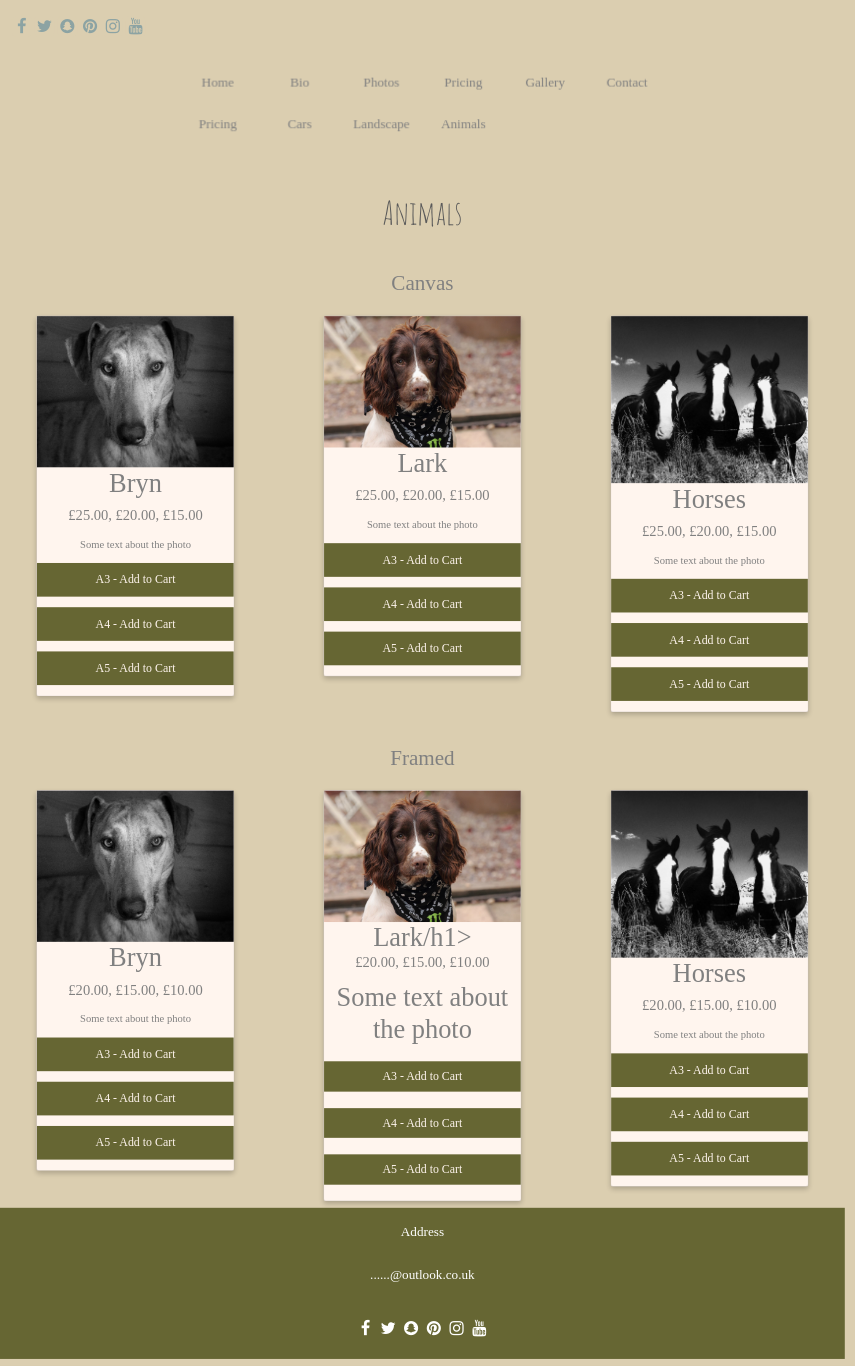
Repository: elizabeth24602/LoaderMedia
Page: animals.html
The author's editor kept a record of every edit. The page is drawn from the files as they stood at one moment, then again after the next edit.
The browser window is 1280 px wide. The page is 1296 px wide, so the pictures cover 1296 px, including what lies to the right of the window. The pictures show the whole page, at 66% of full size.
Some web fonts or font styles are not loaded; a fallback is used.

Above is the page before.
Console error: TypeError: Cannot read properties of null (reading 'textContent')
Not found: Assests/images/

### animals.html
<!DOCTYPE html>
<html lang="en">
<head>
    <meta charset="UTF-8">
    <meta name="viewport" content="width=device-width, initial-scale=1.0">
    <meta http-equiv="X-UA-Compatible" content="ie=edge">

    <link rel="stylesheet" href="static/css/bootstrap.min.css" type="text/css" />
    <link rel="stylesheet" href="static/css/dc.min.css" type="text/css" />



    <link rel="stylesheet" href="https://stackpath.bootstrapcdn.com/bootstrap/4.3.1/css/bootstrap.min.css" type="text/css" />
    <link rel="stylesheet" href="https://stackpath.bootstrapcdn.com/font-awesome/4.7.0/css/font-awesome.min.css" type="text/css" />
    <link href="https://fonts.googleapis.com/css?family=Lacquer&display=swap" rel="stylesheet">
    <link href="https://fonts.googleapis.com/css?family=Beth+Ellen&display=swap" rel="stylesheet">
    <link rel="stylesheet" href="https://cdnjs.cloudflare.com/ajax/libs/hover.css/2.3.1/css/hover-min.css" type="text/css" />
    <link rel="stylesheet" href="Assests/images/" type="text/css" />
    <link rel="stylesheet" href="Assests/css/style.css" type="text/css" />

    <title>Loader Media</title>

     <script type="text/javascript" src="static/js/d3.min.js"></script>
    <script type="text/javascript" src="static/js/crossfilter.min.js"></script>
    <script type="text/javascript" src="static/js/dc.min.js"></script>
    <script type="text/javascript" src="static/js/queue.min.js"></script>
    <script type="text/javascript" src="static/js/graph.js"></script>

</head>
<body>
     <header class="container-fluid">
        <div id="social-links" class="row">
        <div class="col-sm-4">
                <ul class="list-inline social-links">
                    <li class="list-inline-item">
                        <a target="_blank" href="#">
                            <i class="fa fa-facebook" aria-hidden="true"></i>
                            <span class="sr-only">Facebook</span>
                        </a>
                    </li>
                    <li class="list-inline-item">
                        <a target="_blank" href="#">
                            <i class="fa fa-twitter" aria-hidden="true"></i>
                            <span class="sr-only">Twitter</span>
                        </a>
                    </li>
                    <li class="list-inline-item">
                        <a target="_blank" href="#">
                            <i class="fa fa-snapchat" aria-hidden="true"></i>
                            <span class="sr-only">Snapchat</span>
                        </a>
                    </li>
                    <li class="list-inline-item">
                        <a target="_blank" href="#">
                            <i class="fa fa-pinterest" aria-hidden="true"></i>
                            <span class="sr-only">Pinterest</span>
                        </a>
                    </li>
                    <li class="list-inline-item">
                        <a target="_blank" href="#">
                            <i class="fa fa-instagram" aria-hidden="true"></i>
                            <span class="sr-only">Instagram</span>
                        </a>
                    </li>
                    <li class="list-inline-item">
                        <a target="_blank" href="#">
                            <i class="fa fa-youtube" aria-hidden="true"></i>
                            <span class="sr-only">YouTube</span>
                        </a>
                    </li>
                </ul>
            </div>
        </div>
         <div class="row no-gutters">
            <div class="col">
                <ul id="nav" class="list-inline menucontainer">
                    <li class="col-4 col-sm-2 ui-menu-color-home list-inline-item menuitem">
                        <a href="index.html" class="hvr-underline-from-center"><span>Home</span></a>
                    </li>
                    <li class="col-4 col-sm-2 ui-menu-color-bio list-inline-item menuitem">
                        <a href="bio.html" class="hvr-underline-from-center"><span>Bio</span></a>
                    </li>
                     <li class="col-4 col-sm-2 ui-menu-color-photos list-inline-item menuitem">
                        <a href="photos.html" class="hvr-underline-from-center"><span>Photos</span></a>
                    </li>
                    <li class="col-4 col-sm-2 ui-menu-color-pricing list-inline-item menuitem">
                        <a href="pricing.html" class="hvr-underline-from-center"><span>Pricing</span></a>
                    </li>
                    <li class="col-4 col-sm-2 ui-menu-color-gallery list-inline-item menuitem">
                        <a href="gallery.html" class="hvr-underline-from-center"><span>Gallery</span></a>
                    </li>
                    <li class="col-4 col-sm-2 ui-menu-color-contact list-inline-item menuitem">
                        <a href="contact.html" class="hvr-underline-from-center"><span>Contact</span></a>
                    </li>
                </ul>
            </div>
        </div>

         <div class="row no-gutters">
            <div class="col-sm-12">
                <ul id="nav" class="list-inline menucontainer">
                    <li class="col-4 col-sm-2 ui-menu-color-pricing list-inline-item menuitem">
                        <a href="pricing.html" class="hvr-underline-from-center"><span>Pricing</span></span></a>
                    </li>
                    <li class="col-4 col-sm-2 ui-menu-color-cars list-inline-item menuitem">
                        <a href="cars.html" class="hvr-underline-from-center"><span>Cars</span></a>
                    </li>
                     <li class="col-4 col-sm-2 ui-menu-color-landscape list-inline-item menuitem">
                        <a href="landscape.html.html" class="hvr-underline-from-center"><span>Landscape</span></a>
                    </li>
                    <li class="col-4 col-sm-2 ui-menu-color-animals list-inline-item menuitem">
                        <a href="animals.html" class="hvr-underline-from-center"><span>Animals</span></a>
                    </li>
                </ul>
            </div>
        </div>

        <div class="row no-gutters">
            <div class="col headings">
                <h3 class="name3">Animals</h3>
            </div>
        </div>
    </header>

    <section>

    <div class="row">
        <div class="col-sm-12">
            <h2 class="canvas">Canvas</h2>
        </div>
    </div>

    <div class="row">
    <div class="col-sm-4">
        <div class="card">
          <img src="Assests/images/bryn.jpg" alt="bryn" style="width:100%">
          <h1>Bryn</h1>
              <p class="price">£25.00, £20.00, £15.00</p>
              <p>Some text about the photo</p>
              <p><button>A3 - Add to Cart</button></p>
              <p><button>A4 - Add to Cart</button></p>
              <p><button>A5 - Add to Cart</button></p>
        </div>
    </div>

    <div class="col-sm-4">
        <div class="card">
          <img src="Assests/images/lark.jpg" alt="lark" style="width:100%">
          <h1>Lark</h1>
              <p class="price">£25.00, £20.00, £15.00</p>
              <p>Some text about the photo</p>
              <p><button>A3 - Add to Cart</button></p>
              <p><button>A4 - Add to Cart</button></p>
              <p><button>A5 - Add to Cart</button></p>
        </div>
    </div>

    <div class="col-sm-4">
        <div class="card">
          <img src="Assests/images/horses.jpg" alt="horses" style="width:100%">
          <h1>Horses</h1>
              <p class="price">£25.00, £20.00, £15.00</p>
              <p>Some text about the photo</p>
              <p><button>A3 - Add to Cart</button></p>
              <p><button>A4 - Add to Cart</button></p>
              <p><button>A5 - Add to Cart</button></p>
        </div>
    </div>
</div>

    <div class="row">
        <div class="col-sm-12">
            <h2 class="canvas">Framed</h2>
        </div>
    </div>

    <div class="row">
    <div class="col-sm-4">
        <div class="card">
          <img src="Assests/images/bryn.jpg" alt="bryn" style="width:100%">
          <h1>Bryn</h1>
              <p class="price">£20.00, £15.00, £10.00</p>
              <p>Some text about the photo</p>
              <p><button>A3 - Add to Cart</button></p>
              <p><button>A4 - Add to Cart</button></p>
              <p><button>A5 - Add to Cart</button></p>
        </div>
    </div>

    <div class="col-sm-4">
        <div class="card">
          <img src="Assests/images/lark.jpg" alt="lark" style="width:100%">
          <h1>Lark/h1>
              <p class="price">£20.00, £15.00, £10.00</p>
              <p>Some text about the photo</p>
              <p><button>A3 - Add to Cart</button></p>
              <p><button>A4 - Add to Cart</button></p>
              <p><button>A5 - Add to Cart</button></p>
        </div>
    </div>

    <div class="col-sm-4">
        <div class="card">
          <img src="Assests/images/horses.jpg" alt="horses" style="width:100%">
          <h1>Horses</h1>
              <p class="price">£20.00, £15.00, £10.00</p>
              <p>Some text about the photo</p>
              <p><button>A3 - Add to Cart</button></p>
              <p><button>A4 - Add to Cart</button></p>
              <p><button>A5 - Add to Cart</button></p>
        </div>
    </div>
</div>



    </section>

    <footer class="container-fluid bottom">
    <div id="footer-details" class="row">
        <div class="col-sm-12">
            <p class="address">Address</p>
        </div>
    </div>
        <div class="row">
            <div class="col-sm-12">
                <p class="email">......@outlook.co.uk</p>
            </div>
        </div>
        <div class="row">
            <div class="col-sm-12">
                        <ul class="list-inline social-links2 container-fluid">
                    <li class="list-inline-item">
                        <a target="_blank" href="#">
                            <i class="fa fa-facebook" aria-hidden="true"></i>
                            <span class="sr-only">Facebook</span>
                        </a>
                    </li>
                    <li class="list-inline-item">
                        <a target="_blank" href="#">
                            <i class="fa fa-twitter" aria-hidden="true"></i>
                            <span class="sr-only">Twitter</span>
                        </a>
                    </li>
                    <li class="list-inline-item">
                        <a target="_blank" href="#">
                            <i class="fa fa-snapchat" aria-hidden="true"></i>
                            <span class="sr-only">Snapchat</span>
                        </a>
                    </li>
                    <li class="list-inline-item">
                        <a target="_blank" href="#">
                            <i class="fa fa-pinterest" aria-hidden="true"></i>
                            <span class="sr-only">Pinterest</span>
                        </a>
                    </li>
                    <li class="list-inline-item">
                        <a target="_blank" href="#">
                            <i class="fa fa-instagram" aria-hidden="true"></i>
                            <span class="sr-only">Instagram</span>
                        </a>
                    </li>
                    <li class="list-inline-item">
                        <a target="_blank" href="#">
                            <i class="fa fa-youtube" aria-hidden="true"></i>
                            <span class="sr-only">YouTube</span>
                        </a>
                    </li>
                </ul>
            </div>
        </div>
    </footer>

</body>
</html>

### Assests/css/style.css
@import url('https://fonts.googleapis.com/css?family=Lacquer:100,200,300,400,500,600,700|Beth+Ellen:100,200,300,400,500,600,700|Pacifico:100,200,300,400,500,600,700|Amatic+SC:100,200,300,400,500,600,700');

/*-------------------------------Website Name */

.name {
    font-family: "Beth+Ellen";
     font-weight: 100;
    font-size: 80px;
    margin-top: 70px;
    text-align: center;
    color: #ffffff;
}

.name3 {
    font-family: "Amatic SC";
     font-weight: 60;
    font-size: 50px;
    margin-top: 70px;
    text-align: center;
    color: #595959;
}

/*-------------------------------Background */

body {
  background-color: #dbceb0;
}

/*-------------------------------Social */

.social-links {
    padding-top: 15px;
    padding-bottom: 15px;
}

.social-links li a i {
    width: 30px;
    height: 30px;
    padding: 12px 0;
    border-radius: 20%;
    font-size: 25px;
    line-height: 7px;
    text-align: center;
    color: #8ca3a3;
    background: #dbceb0;
    transition: all 0.35s ease-in-out;
    -moz-transition: all 0.35s ease-in-out;
    -webkit-transition: all 0.35s ease-in-out;
    -o-transition: all 0.35s ease-in-out;
}

/*-------------------------------menu */


.list-inline-item:not(:last-child) {
    margin: 0;
}

.menucontainer {
    font-size: 0;
    margin: auto;
    width: 60%;
    padding: 10px;
}

#nav li {
    font-size: 20px;
    font-family: 'Beth+Ellen';
    padding: 0;
}

.menuitem {
    text-align: center;
    padding: 0;
}

.body {
    text-align: center;
}


.menuitem2 a {
    width: 100%;
    text-decoration: none;
    color: #ffffff;
}

.menuitem a {
    width: 100%;
    text-decoration: none;
    color: #808080;
}

.hvr-underline-from-center:before {
    background-color: #ffffff;
    color: #d3d3d3;
}


.a:hover {
    text-decoration: none;
}

/*-------------------------------Footer */


.bottom {
    background-color: #666633;
    color: #ffffff;
    left: 0;
    bottom: 0;
    width: 100%;
    text-align: center;
}


.address {
    color: #ffffff;
    text-align: center;
    font-family: "Beth+Ellen";
    padding-top: 20px;
    font-size: 20px;
}
.email {
    color: #ffffff;
    text-align: center;
    font-family: "Beth+Ellen";
    padding: 10px;
    font-size: 20px;
}

.social-links2 {
    padding-top: 15px;
    padding-bottom: 15px;
    text-align: center;
}

.social-links2 li a i {
    width: 30px;
    height: 30px;
    padding: 12px 0;
    border-radius: 20%;
    font-size: 25px;
    line-height: 7px;
    text-align: center;
    color: #ffffff;
    transition: all 0.35s ease-in-out;
    -moz-transition: all 0.35s ease-in-out;
    -webkit-transition: all 0.35s ease-in-out;
    -o-transition: all 0.35s ease-in-out;
}

/*-------------------------------Home */

.index {
  background-image: url("../images/bryn.jpg");
  background-color: #fff5ee;
  height: 500px;
  background-position: cover;
  background-repeat: no-repeat;
  background-size: cover;
  text-align: center;
  background-attachment: scroll;
  min-height: 100%;
  min-width: 1024px;

  /* Set up proportionate scaling */
  width: 100%;
  height: auto;

  /* Set up positioning */
  position: fixed;
  top: 0;
  left: 0;
}

body {
  font-family: "Beth+Ellen", sans-serif;
}

.sidebar {
  height: 100%;
  width: 0;
  position: fixed;
  z-index: 1;
  top: 0;
  left: 0;
  background-color: #666633;
  overflow-x: hidden;
  transition: 0.5s;
  padding-top: 60px;
}

.sidebar a {
  padding: 8px 8px 8px 32px;
  text-decoration: none;
  font-size: 30px;
  font-family: "Amatic SC";
  color: #ffffff;
  display: block;
  transition: 0.3s;
}

.sidebar a:hover {
  color: #f1f1f1;
}

.sidebar .closebtn {
  position: relative;
  top: 0;
  right: 25px;
  font-size: 36px;
  margin-left: 50px;
}

.openbtn {
  font-size: 20px;
  cursor: pointer;
  background-color: #111;
  color: white;
  padding: 10px 15px;
  border: none;
}

.openbtn:hover {
  background-color: #444;
}

#main {
  transition: margin-left .5s;
  padding: 16px;
}

/* On smaller screens, where height is less than 450px, change the style of the sidenav (less padding and a smaller font size) */
@media screen and (max-height: 450px) {
  .sidebar {padding-top: 15px;}
  .sidebar a {font-size: 18px;}
}


/*-------------------------------Bio */

.silhouette {
  display: block;
  margin-left: auto;
  margin-right: auto;
  width: 80%;
  margin-top: 20px;
  margin-bottom: 20px;
}

.bio {
  font-family: "Beth+Ellen";
  text-align: center;
  margin-bottom: 20px;
}

.camera2 {
  display: block;
  margin-left: 10px;
  margin-right: 10px;
  width: 100%;
  margin-top: 20px;
  margin-bottom: 20px;
}

* {
  box-sizing: border-box;
}

.portfolio {
  font-family: "Beth+Ellen"
}

.main {
  max-width: 1000px;
  margin: auto;
}

.row {
  margin: 10px -16px;
}

.row,
.row > .column {
  padding: 8px;
}

.column {
  float: left;
  width: 33.33%;
}

.row:after {
  content: "";
  display: table;
  clear: both;
}

.content {
  background-color: #dbceb0;
  padding: 10px;
  font-family: "Beth+Ellen";
  text-align: center;
}

.show {
  display: block;
}

.btn {
  border: none;
  outline: none;
  padding: 12px 16px;
  background-color: #666633;
  color: #ffffff;
  font-family: "Beth+Ellen";
  cursor: pointer;
}

.btn:hover {
  background-color: #ddd;
}

.btn.active {
  background-color: #fff5ee;
  color: #808080;
}

/*-----------------------------Photos (Used W3 Schools to help with code, made my own modifications and altered coding)*/

.accordion {
  background-color: #666633;
  color: #ffffff;
  font-family: "Beth+Ellen";
  text-align: center;
  cursor: pointer;
  padding: 18px;
  margin: 20px;
  width: 100%;
  border: none;
  outline: none;
  font-size: 30px;
  transition: 0.4s;
}

.active, .accordion:hover {
  background-color: #fff5ee;
   color: #808080;
}

.panel {
  padding: 0 18px;
  display: none;
  background-color: #dbceb0;
  overflow: hidden;
  font-family: "Beth+Ellen";
  color: #808080;
  text-align: left;
  width: 50%
  font-size: 20px;
}

.row > .column {
  padding: 0 8px;
}

.row:after {
  content: "";
  display: table;
  clear: both;
}

.column {
  float: left;
  width: 25%;
}

.modal {
  display: none;
  position: fixed;
  z-index: 1;
  padding-top: 100px;
  left: 0;
  top: 0;
  width: 100%;
  height: 100%;
  overflow: auto;
  background-color: #666633;
}

.modal-content {
  position: relative;
  background-color: #fff5ee;
  margin: auto;
  padding: 0;
  width: 90%;
  max-width: 1200px;
}

.close {
  color: white;
  position: absolute;
  top: 10px;
  right: 25px;
  font-size: 35px;
  font-weight: bold;
}

.close:hover,
.close:focus {
  color: #999;
  text-decoration: none;
  cursor: pointer;
}

.mySlides {
  display: none;
}

.prev,
.next {
  cursor: pointer;
  position: absolute;
  top: 50%;
  width: auto;
  padding: 16px;
  margin-top: -50px;
  color: white;
  font-weight: bold;
  font-size: 20px;
  transition: 0.6s ease;
  border-radius: 0 3px 3px 0;
  user-select: none;
  -webkit-user-select: none;
}

.next {
  right: 0;
  border-radius: 3px 0 0 3px;
}

.prev:hover,
.next:hover {
  background-color: #fff5ee;
}

.numbertext {
  color: #000000;
  font-size: 12px;
  padding: 8px 12px;
  position: absolute;
  top: 0;
}

.caption-container {
  text-align: center;
  font-family: "Beth+Ellen"
  padding: 2px 16px;
  color: #808080;
}

img.demo {
  opacity: 0.6;
}

.active,
.demo:hover {
  opacity: 1;
}

img.hover-shadow {
  transition: 0.3s;
}

.hover-shadow:hover {
  box-shadow: 0 4px 8px 0 rgba(0, 0, 0, 0.2), 0 6px 20px 0 rgba(0, 0, 0, 0.19);
}


/*-------------------------------Pricing */

/*-------------------------------Cars, Landscape, Anoimals */
.canvas {
  color: #808080;
  font-family: "Beth+Ellen";
  text-align: center;
  margin-bottom: 20px;
  margin-top: 40px;
}
.card {
  box-shadow: 0 4px 8px 0 rgba(0, 0, 0, 0.2);
  max-width: 300px;
  margin: auto;
  text-align: center;
  font-family: "Beth+Ellen";
  color: #808080;
  background-color: #fff5ee;
}

.price {
  color: grey;
  font-size: 22px;
}

.card button {
  border: none;
  outline: 0;
  padding: 12px;
  color: #fff5ee;
  background-color: #666633;
  text-align: center;
  cursor: pointer;
  width: 100%;
  font-size: 18px;
}

.card button:hover {
  opacity: 0.7;
}

/*-------------------------------Gallery */
.row {
  display: flex;
  flex-wrap: wrap;
  padding: 0 4px;
}

/* Create four equal columns that sits next to each other */
.column {
  flex: 25%;
  max-width: 25%;
  padding: 0 4px;
}

.column img {
  margin-top: 20px;
  margin-bottom: 10px;
  margin-left: 10px;
  margin-right: 10px;
  vertical-align: middle;
  width: 100%;
}

/* Responsive layout - makes a two column-layout instead of four columns */
@media screen and (max-width: 800px) {
  .column {
    flex: 50%;
    max-width: 50%;
  }
}

/* Responsive layout - makes the two columns stack on top of each other instead of next to each other */
@media screen and (max-width: 600px) {
  .column {
    flex: 100%;
    max-width: 100%;
  }
}
/*-------------------------------contact */

.contact-heading {
    font-family: "Beth+Ellen";
    text-align: center;
    font-weight: 100;
    margin-top: 25px;
    margin-bottom: 20px;
    color: #808080;
}

.text-center {
    font-family: "pacifico";
    text-align: center;
    font-weight: 100;
    margin-top: 25px;
    margin-bottom: 20px;
    color: #808080;
}


.center-form {
    padding-top: 10px;
    margin: 0 auto;
    max-width: 70%;
    font-family: "Beth+Ellen";
}

button[type="submit"] {
    margin-top: 15px;
    margin-bottom: 20px;
    background-color: #666633;
    color: #fafafa;
    font-family: "Beth+Ellen";
}

.chat {
   font-family: "Beth+Ellen";
    font-weight: 100;
    margin-top: 180px;
    margin-bottom: 20px;
    text-align: center;
    color: #595959;
}

.number {
     font-family: "pacifico";
    font-weight: 100;
    margin-top: 125px;
    margin-bottom: 20px;
    text-align: center;
    color: #808080;
}

.laptop {
    display: block;
  margin-left: auto;
  margin-right: auto;
  margin-top: 20px;
  width: 90%;
}

.phone {
  display: block;
  margin-left: auto;
  margin-right: auto;
  margin-top: 20px;
  margin-bottom: 20px;
  width: 90%;
  border-radius: 8px;
}

Loaded but not shown: static/css/bootstrap.min.css (library); static/css/dc.min.css (library); static/js/d3.min.js (library); static/js/crossfilter.min.js (library); static/js/dc.min.js (library); static/js/queue.min.js (common file); static/js/graph.js (141 lines, source omitted)

After the next edit:
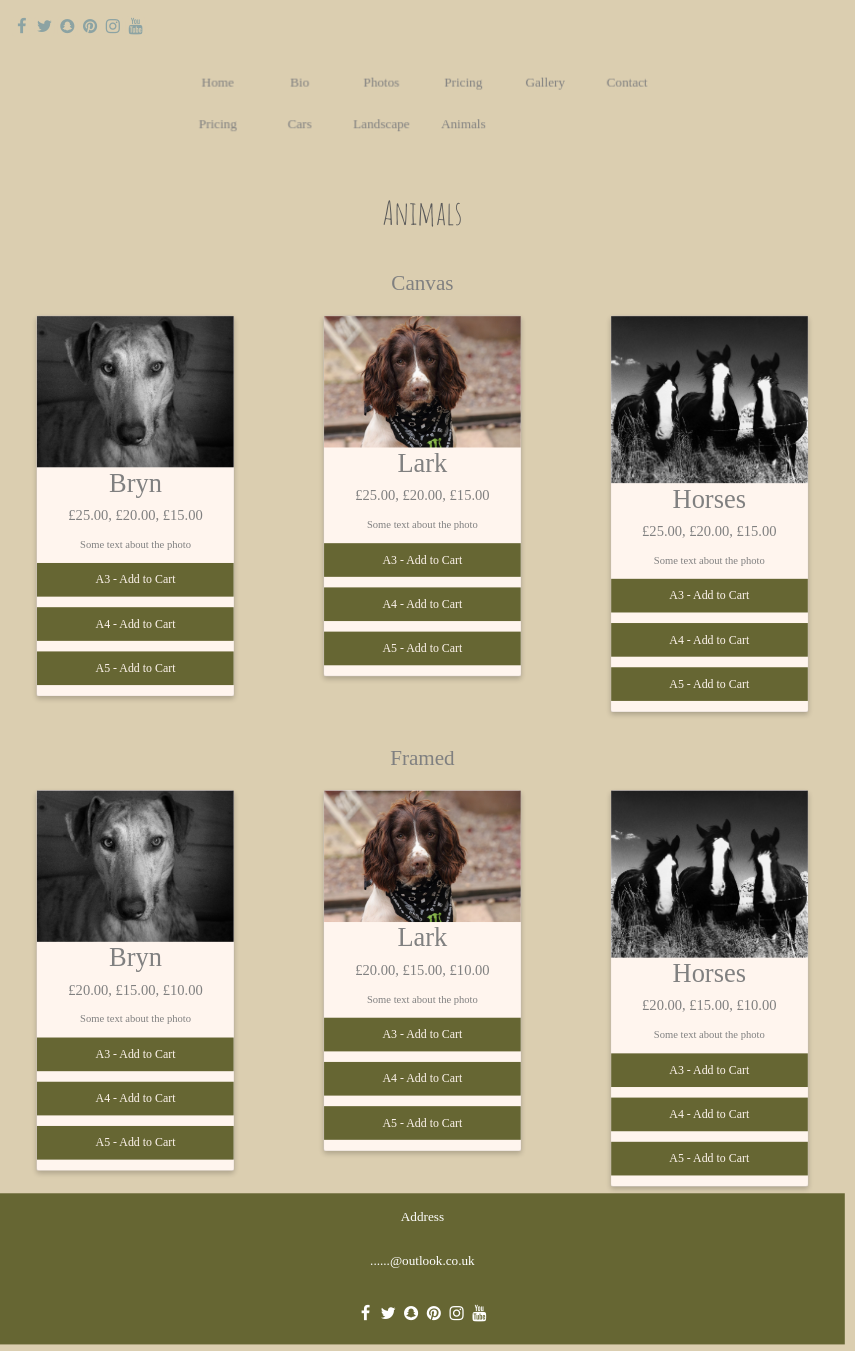
The edit:
--- a/animals.html
+++ b/animals.html
@@ -190,7 +190,7 @@
     <div class="col-sm-4">
         <div class="card">
           <img src="Assests/images/lark.jpg" alt="lark" style="width:100%">
-          <h1>Lark/h1>
+          <h1>Lark</h1>
               <p class="price">£20.00, £15.00, £10.00</p>
               <p>Some text about the photo</p>
               <p><button>A3 - Add to Cart</button></p>
